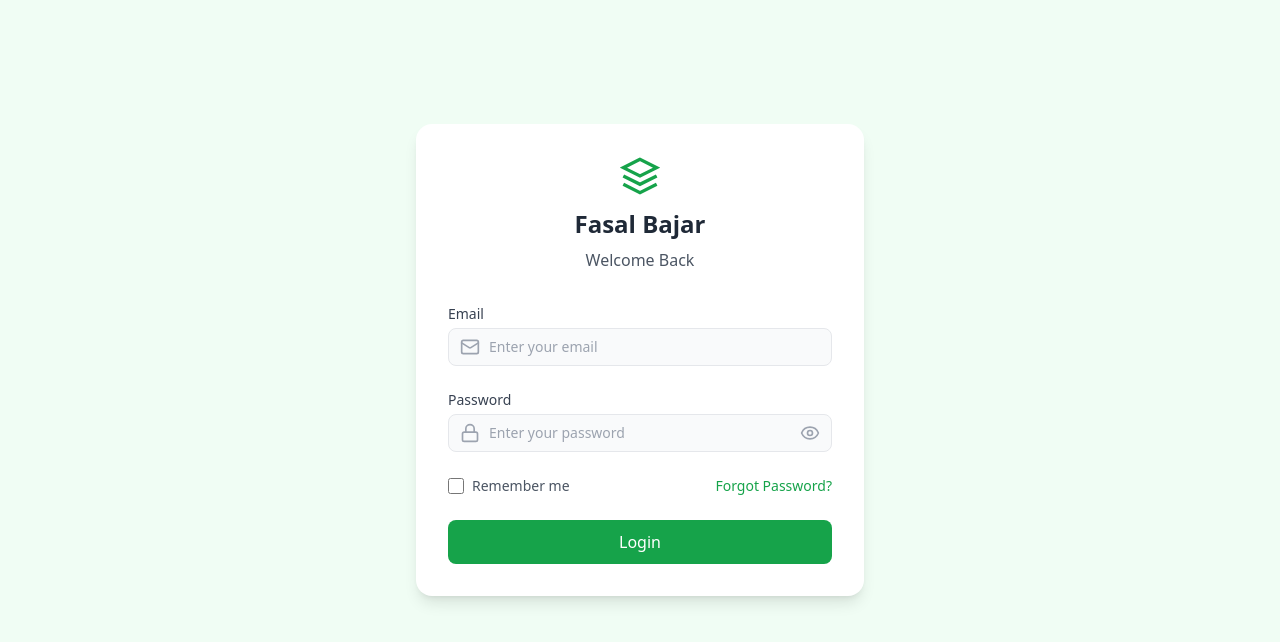
Repository: Dineshbhandari2023/FYP_Fasal_Bajar
Page: /login (app in Client/)
These files come from the project's save history. The page is drawn as it stood at one moment and after the next save; the edit follows.
The browser window is 1280 px wide. The pictures show the whole page.
The project was rebuilt for these pictures with package versions that can differ from the ones it lists, and the page was loaded fresh each time. Also part of the build but not shown: Client/vite.config.js, Client/src/Dashboard/dashboard.jsx, Client/src/Authentication/Register.jsx.

Above is the page before, as saved 2025-02-17 19:45:45.

### Client/index.html
<!DOCTYPE html>
<html lang="en">
  <head>
    <meta charset="UTF-8" />
    <link rel="icon" type="image/svg+xml" href="/vite.svg" />
    <meta name="viewport" content="width=device-width, initial-scale=1.0" />
    <title>Vite + React</title>
    <style>
      @import url("https://fonts.googleapis.com/css2?family=Montserrat:ital@0;1&display=swap");
    </style>
  </head>
  <body>
    <div id="root"></div>
    <script type="module" src="/src/main.jsx"></script>
  </body>
</html>

### Client/src/App.jsx
import React from "react";
import { BrowserRouter as Router, Routes, Route } from "react-router-dom";
import Login from "./Authentication/Login";
import Dashboard from "./Dashboard/dashboard";
import Register from "./Authentication/Register";
// import Home from "./Home/home";

const App = () => {
  return (
    <Router>
      <div>
        <Routes>
          <Route path="/" element={<Dashboard />} />
          <Route path="/login" element={<Login />} />
          <Route path="/register" element={<Register />} />
          {/* <Route path="/dashboard" element={<Home />} /> */}
        </Routes>
      </div>
    </Router>
  );
};

export default App;

### Client/src/Authentication/logIn.jsx
import React, { useState } from "react";
import { Eye, EyeOff, Mail, Lock } from "lucide-react";
import axios from "axios";
import { useNavigate } from "react-router-dom";

const Login = () => {
  const [formData, setFormData] = useState({
    email: "",
    password: "",
    rememberMe: false,
  });

  const [errors, setErrors] = useState({});
  const [showPassword, setShowPassword] = useState(false);
  const [errorMessage, setErrorMessage] = useState("");
  const navigate = useNavigate();

  const validateForm = () => {
    const newErrors = {};
    const emailRegex = /^[^\s@]+@[^\s@]+\.[^\s@]+$/;

    if (!formData.email) {
      newErrors.email = "Email is required";
    } else if (!emailRegex.test(formData.email)) {
      newErrors.email = "Invalid email format";
    }

    if (!formData.password) {
      newErrors.password = "Password is required";
    }

    setErrors(newErrors);
    return Object.keys(newErrors).length === 0;
  };

  const handleChange = (e) => {
    const { name, value, type, checked } = e.target;
    setFormData((prev) => ({
      ...prev,
      [name]: type === "checkbox" ? checked : value,
    }));
    if (errors[name]) {
      setErrors((prev) => ({
        ...prev,
        [name]: "",
      }));
    }
  };

  const handleSubmit = async (e) => {
    e.preventDefault();
    if (!validateForm()) return;

    try {
      const response = await axios.post(
        "http://localhost:8000/login",
        {
          email: formData.email,
          password: formData.password,
        },
        {
          headers: {
            "Content-Type": "application/json",
          },
          withCredentials: true,
        }
      );

      if (response.status === 200) {
        const { token, user } = response.data;
        if (formData.rememberMe) {
          localStorage.setItem("userToken", token);
          localStorage.setItem("userDetails", JSON.stringify(user));
        } else {
          sessionStorage.setItem("userToken", token);
          sessionStorage.setItem("userDetails", JSON.stringify(user));
        }

        alert("Login successful!");
        navigate("/");
      }
    } catch (error) {
      console.error("Error during login:", error);
      setErrorMessage(
        error.response?.data?.message || "Failed to log in. Please try again."
      );
    }
  };

  return (
    <div className="min-h-screen bg-green-50 flex items-center justify-center p-4">
      <div className="bg-white rounded-2xl shadow-lg p-8 w-full max-w-md">
        <div className="flex flex-col items-center mb-8">
          <div className="text-green-600 mb-3">
            <svg
              viewBox="0 0 24 24"
              className="w-10 h-10"
              fill="none"
              stroke="currentColor"
              strokeWidth="2"
            >
              <path d="M12 2L2 7l10 5 10-5-10-5zM2 17l10 5 10-5M2 12l10 5 10-5" />
            </svg>
          </div>
          <h1 className="text-2xl font-semibold text-gray-800">Fasal Bajar</h1>
          <h2 className="text-gray-600 mt-2">Welcome Back</h2>
        </div>

        {errorMessage && (
          <p className="text-red-500 text-center font-semibold mb-4">
            {errorMessage}
          </p>
        )}

        <form onSubmit={handleSubmit} className="space-y-6">
          <div>
            <label className="block text-sm font-medium text-gray-700 mb-1">
              Email
            </label>
            <div className="relative">
              <Mail
                className="absolute left-3 top-1/2 -translate-y-1/2 text-gray-400"
                size={20}
              />
              <input
                type="email"
                name="email"
                value={formData.email}
                onChange={handleChange}
                className="w-full pl-10 pr-3 py-2 bg-gray-50 border border-gray-200 rounded-lg text-sm placeholder-gray-400 focus:outline-none focus:border-green-500 focus:ring-1 focus:ring-green-500"
                placeholder="Enter your email"
              />
            </div>
            {errors.email && (
              <p className="text-red-500 text-xs mt-1">{errors.email}</p>
            )}
          </div>

          <div>
            <label className="block text-sm font-medium text-gray-700 mb-1">
              Password
            </label>
            <div className="relative">
              <Lock
                className="absolute left-3 top-1/2 -translate-y-1/2 text-gray-400"
                size={20}
              />
              <input
                type={showPassword ? "text" : "password"}
                name="password"
                value={formData.password}
                onChange={handleChange}
                className="w-full pl-10 pr-10 py-2 bg-gray-50 border border-gray-200 rounded-lg text-sm placeholder-gray-400 focus:outline-none focus:border-green-500 focus:ring-1 focus:ring-green-500"
                placeholder="Enter your password"
              />
              <button
                type="button"
                onClick={() => setShowPassword(!showPassword)}
                className="absolute right-3 top-1/2 -translate-y-1/2 text-gray-400 hover:text-gray-600"
              >
                {showPassword ? <EyeOff size={20} /> : <Eye size={20} />}
              </button>
            </div>
            {errors.password && (
              <p className="text-red-500 text-xs mt-1">{errors.password}</p>
            )}
          </div>

          <div className="flex items-center justify-between">
            <div className="flex items-center">
              <input
                type="checkbox"
                name="rememberMe"
                checked={formData.rememberMe}
                onChange={handleChange}
                className="h-4 w-4 text-green-600 focus:ring-green-500 border-gray-300 rounded"
              />
              <label className="ml-2 text-sm text-gray-600">Remember me</label>
            </div>
            <a
              href="/forgot-password"
              className="text-sm text-green-600 hover:text-green-700"
            >
              Forgot Password?
            </a>
          </div>

          <button
            type="submit"
            className="w-full bg-green-600 text-white py-2.5 rounded-lg hover:bg-green-700 transition-colors focus:outline-none focus:ring-2 focus:ring-green-500 focus:ring-offset-2"
          >
            Login
          </button>
        </form>
      </div>
    </div>
  );
};

export default Login;

Loaded but not shown: Client/src/main.jsx (common file); Client/src/index.css (common file); Client/tailwind.config.js (common file)

After the next save:
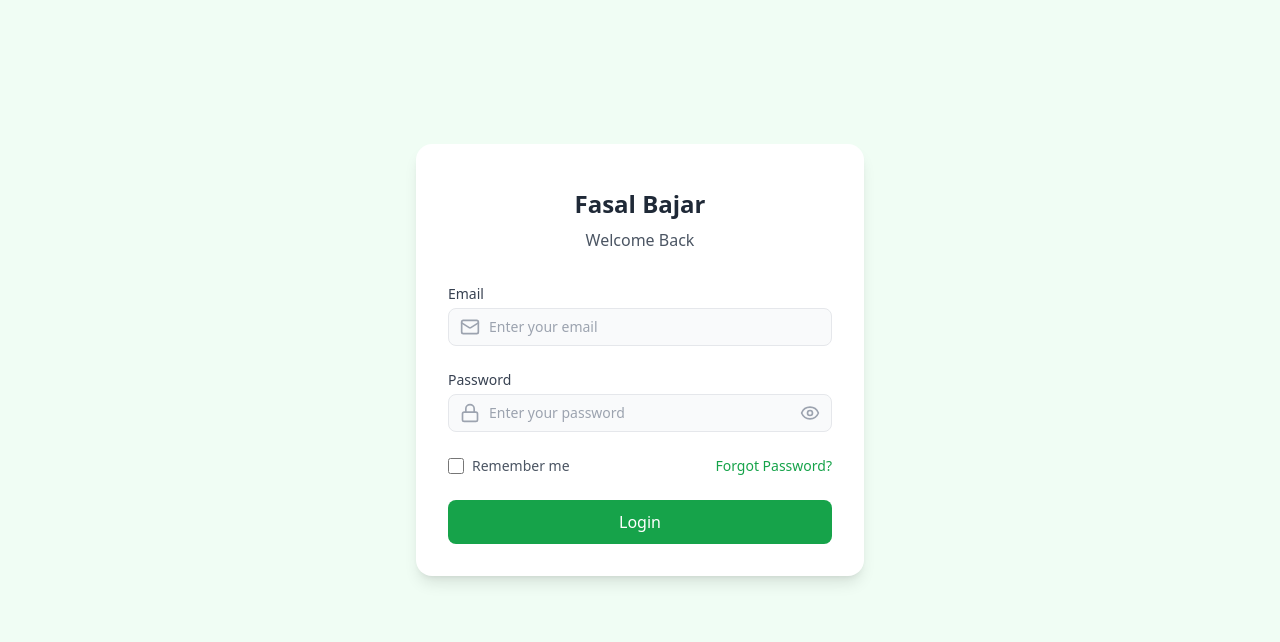
Saved 96 s later.
--- a/Client/src/Authentication/logIn.jsx
+++ b/Client/src/Authentication/logIn.jsx
@@ -91,17 +91,7 @@
     <div className="min-h-screen bg-green-50 flex items-center justify-center p-4">
       <div className="bg-white rounded-2xl shadow-lg p-8 w-full max-w-md">
         <div className="flex flex-col items-center mb-8">
-          <div className="text-green-600 mb-3">
-            <svg
-              viewBox="0 0 24 24"
-              className="w-10 h-10"
-              fill="none"
-              stroke="currentColor"
-              strokeWidth="2"
-            >
-              <path d="M12 2L2 7l10 5 10-5-10-5zM2 17l10 5 10-5M2 12l10 5 10-5" />
-            </svg>
-          </div>
+          <div className="text-green-600 mb-3"></div>
           <h1 className="text-2xl font-semibold text-gray-800">Fasal Bajar</h1>
           <h2 className="text-gray-600 mt-2">Welcome Back</h2>
         </div>
